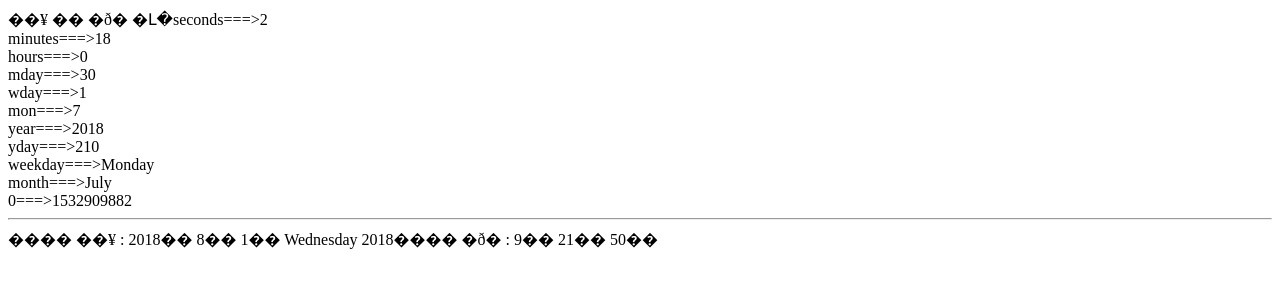
Repository: 2ujin/2018-PHP-afterschool
Page: http://localhost/CH08/01_getdate.php
An editor plug-in stored every save of this project. The page is shown before and after the next save, followed by the edit.
The browser window is 1280 px wide. The pictures show the whole page.
The page is run by PHP 8.4 with error messages shown; the project is at /var/www/html/.

Above is the page before, as saved 2018-08-01 00:29:51.

After the next save:
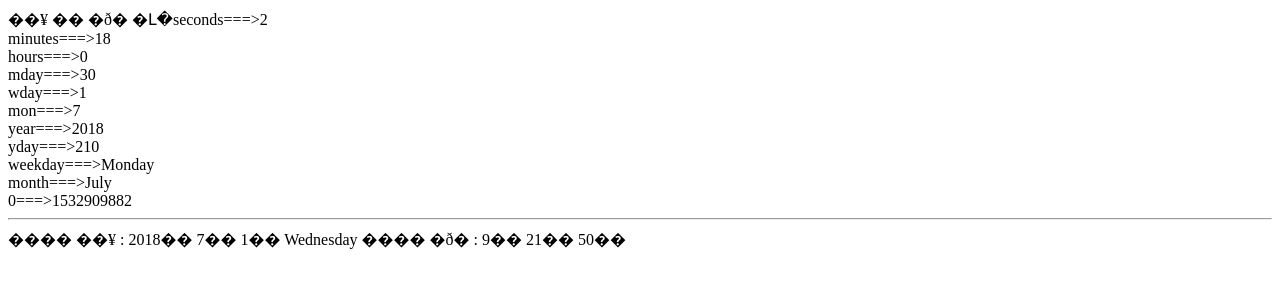
Saved 31 s later.
--- a/PHPStudy/CH08/01_getdate.php
+++ b/PHPStudy/CH08/01_getdate.php
@@ -9,7 +9,7 @@ foreach($today as $key=>$value)
 
     echo "<hr>";
 
-    echo "오늘 날짜 : 2018년 8월 1일 Wednesday $today[year]";
+    echo "오늘 날짜 : $today[year]년 $today[mon]월 1일 Wednesday ";
     echo "지금 시간 : 9시 21분 50초";
 
     ?>
